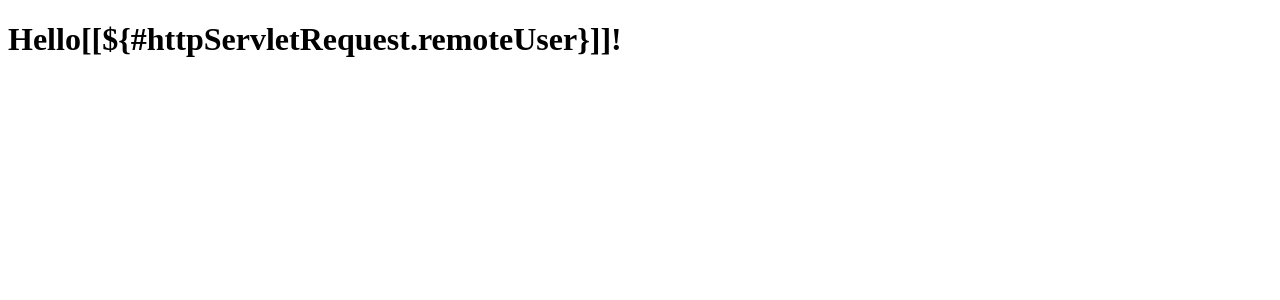
Repository: hisouske/test0325
Page: demo/test0325/src/main/resources/templates/hello.html
The author's editor kept a copy of each file at every save. The page is drawn from the files as they stood at one save, then again after the next save.
The browser window is 1280 px wide. The pictures show the whole page.

Above is the page before, as saved 2020-03-31 14:22:39.

After the next save:
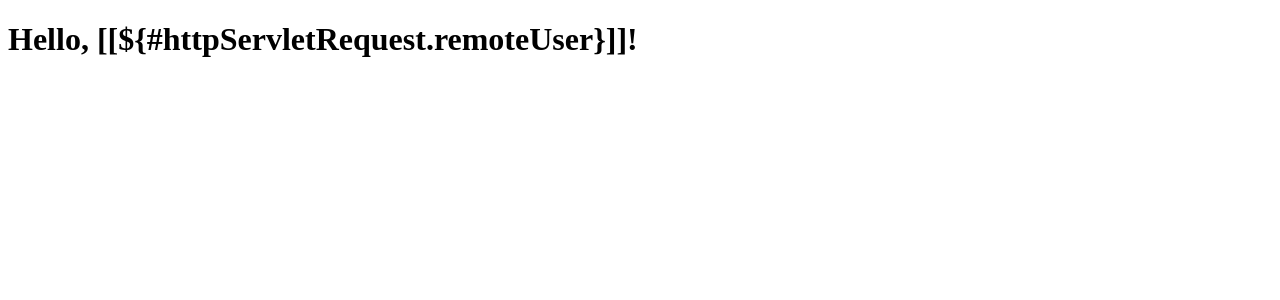
Saved 76 s later.
--- a/demo/test0325/src/main/resources/templates/hello.html
+++ b/demo/test0325/src/main/resources/templates/hello.html
@@ -5,5 +5,5 @@
         <title>Hello World!</title>
     </head>
     <body>
-        <h1 th:inline = "text"> Hello[[${#httpServletRequest.remoteUser}]]!</h1>
+        <h1 th:inline = "text"> Hello, [[${#httpServletRequest.remoteUser}]]!</h1>
 </html>
